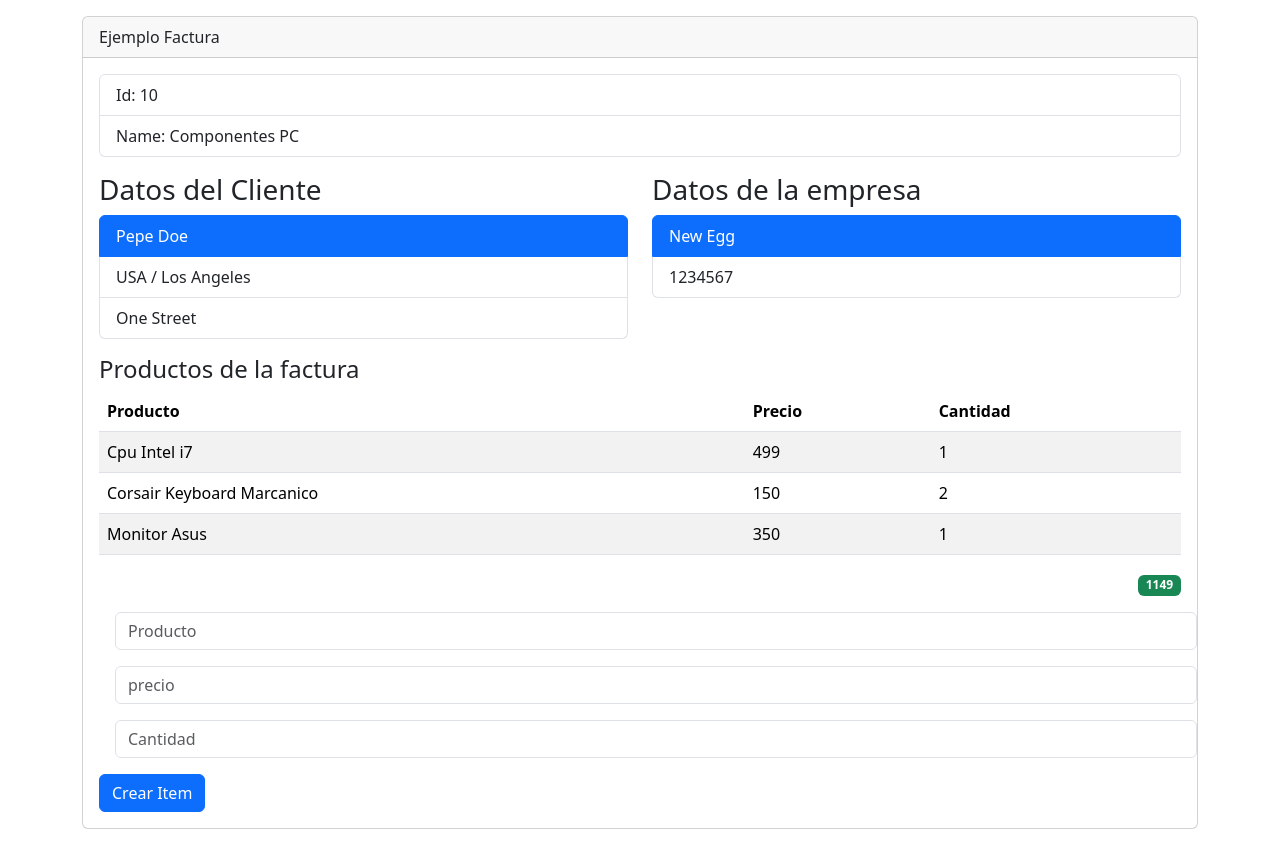
Repository: bryanesteban/4-invoice-app
Page: /
These files come from the project's save history. The page is drawn as it stood at one moment and after the next save; the edit follows.
The browser window is 1280 px wide. The pictures show the whole page.
The project was rebuilt for these pictures with package versions that can differ from the ones it lists, and the page was loaded fresh each time. Also part of the build but not shown: vite.config.js.

Above is the page before, as saved 2023-11-13 18:33:13.

After the next save:
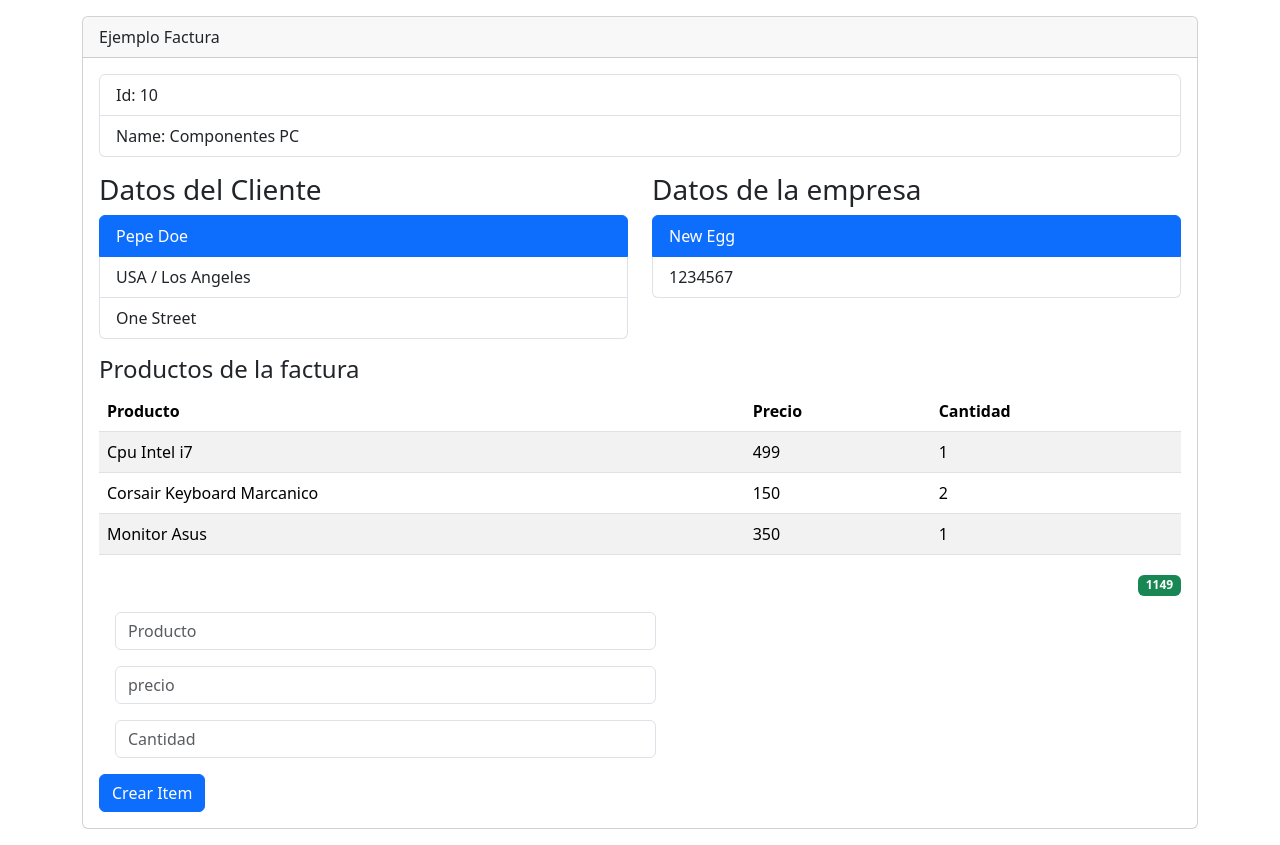
Saved 104 s later.
--- a/src/InvoiceApp.jsx
+++ b/src/InvoiceApp.jsx
@@ -40,7 +40,7 @@ export const InvoiceApp = () =>{
                     </div>
                     <ListItemsView title="Productos de la factura" items={items} />
                     <TotalView total={total}></TotalView>
-                    <form onSubmit={ event =>{
+                    <form className="w-50" onSubmit={ event =>{
                         event.preventDefault();
 
                         setItems([...items, { key: 4, product: productValue, price: priceValue, quantity: quantityValue}])
